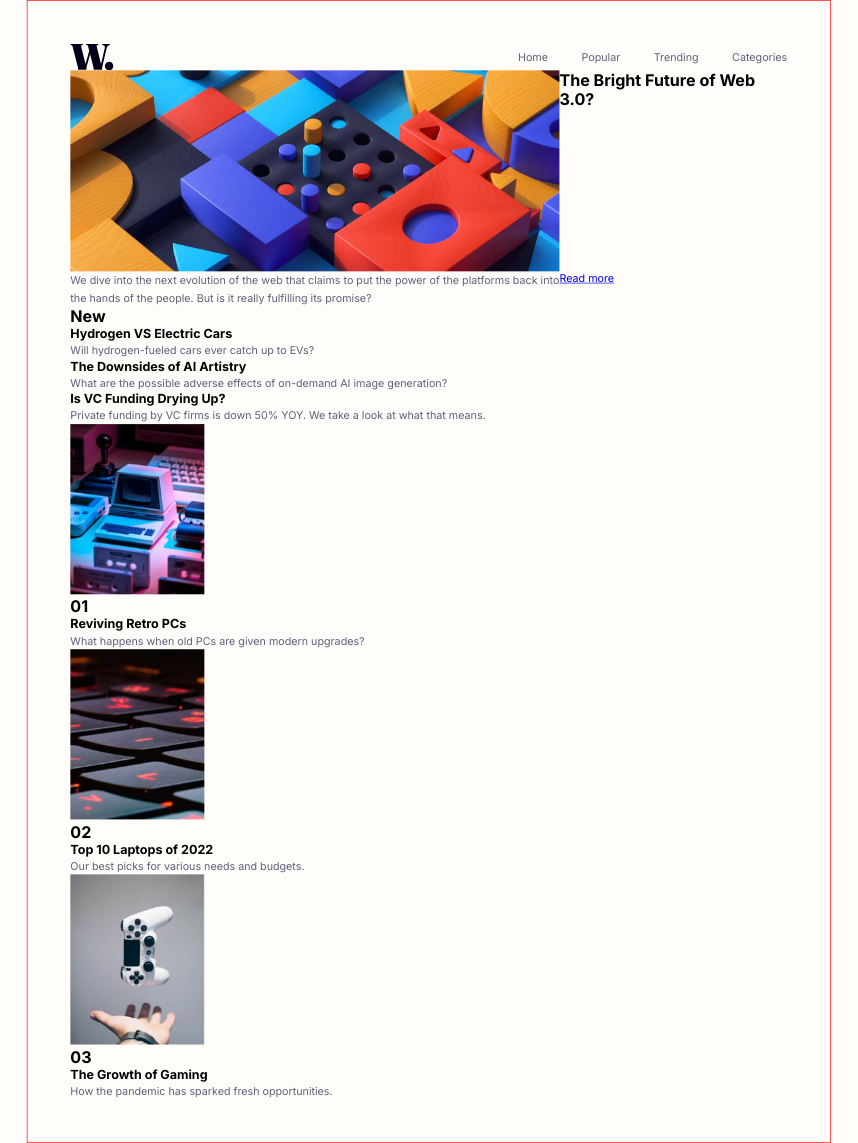
Repository: Arkitecth/news-webpage
Page: index.html
These files come from the project's save history. The page is drawn as it stood at one moment and after the next save; the edit follows.
The browser window is 1280 px wide. The pictures show the whole page, at 67% of full size.

Above is the page before, as saved 2023-06-07 20:11:09.

After the next save:
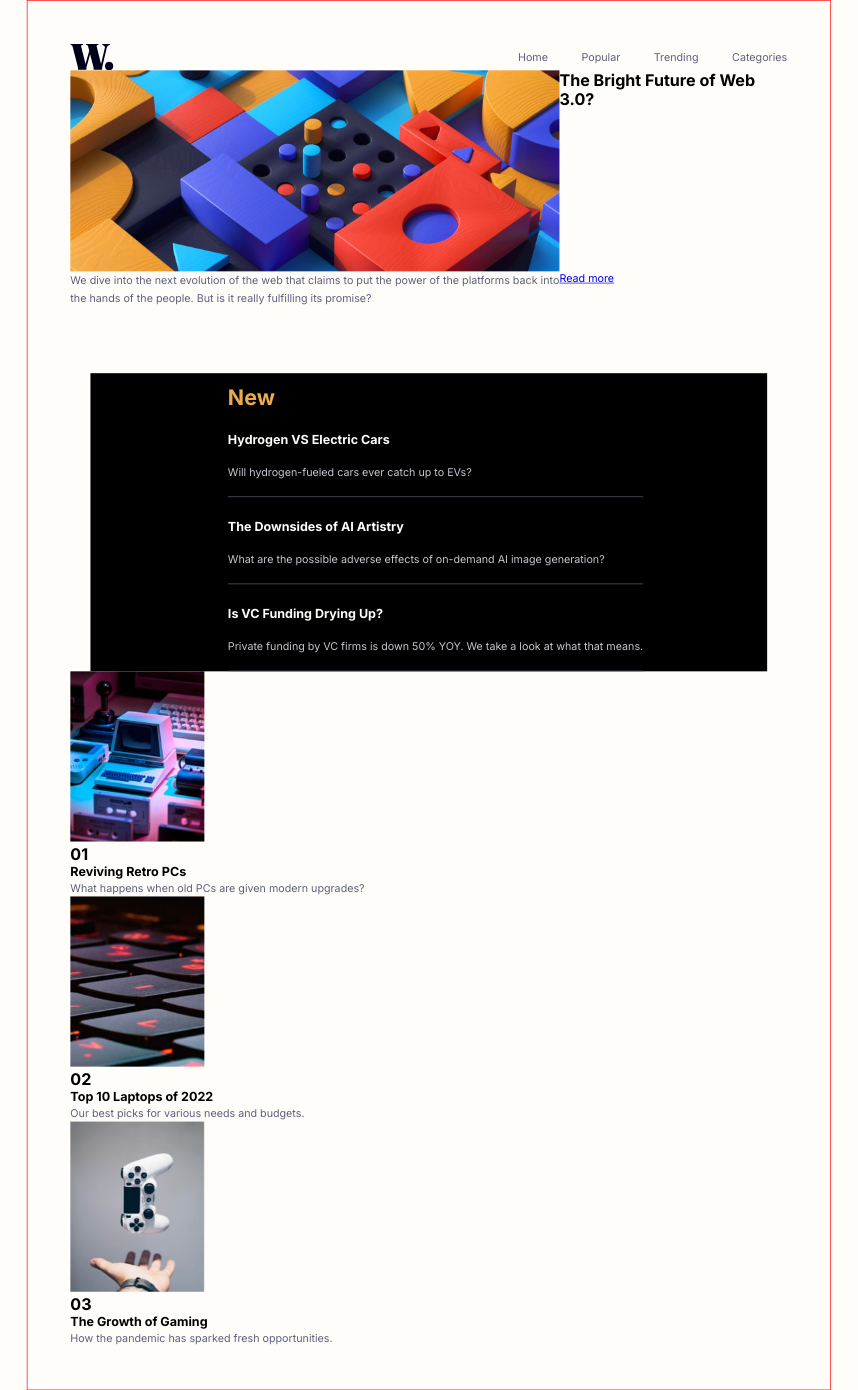
Saved 41 s later.
--- a/style.css
+++ b/style.css
@@ -71,3 +71,28 @@
     display: grid;
     grid-template-columns: 1fr 1fr;
 }
+.news-card {
+    display: grid;
+    justify-content: center;
+    background-color: black;
+    color: #FFFDFA;
+    margin: 100px 30px 0 30px;
+    padding-left: 20px;
+}
+
+.news-card h2 {
+    color: #E9AA52;
+    font-size: 2rem;
+    padding-top: 1rem;
+}
+
+.news-card article h3 {
+    padding-bottom: 1.5rem;
+    padding-top: 2rem;
+}
+
+.news-card article p {
+    padding-bottom: 1.5rem;
+    border-bottom: 1px solid #5E607A;
+    color: #C5C6CE;
+}
